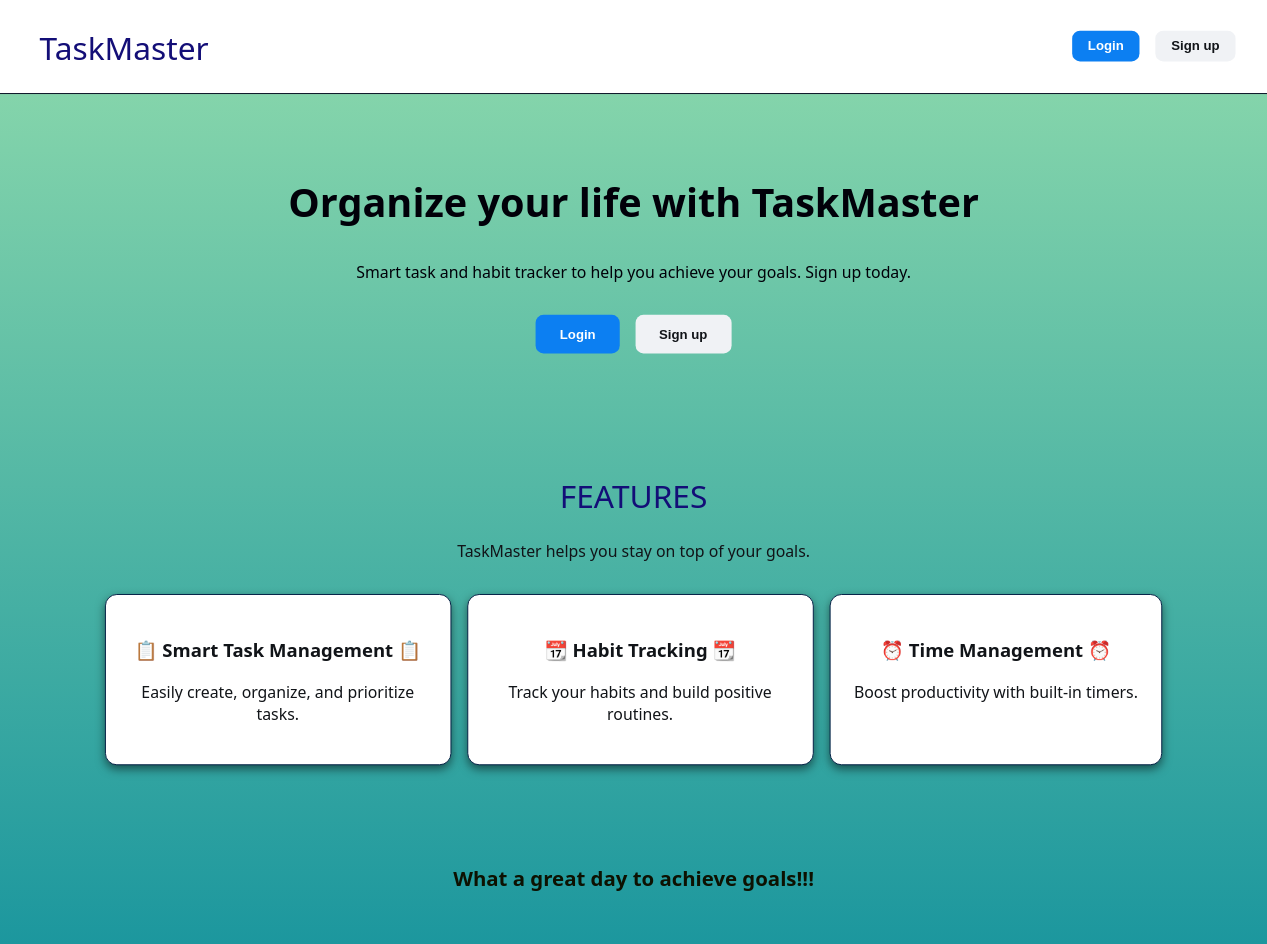
Repository: RachelB9913/smart-task-and-habit-tracker
Page: /
An editor plug-in stored every save of this project. The page is shown before and after the next save, followed by the edit.
The browser window is 1280 px wide. The pictures show the whole page, at 99% of full size.
The pointer rests on the first visible `.hero-actions button:last-child`.
The project was rebuilt for these pictures with package versions that can differ from the ones it lists, and the page was loaded fresh each time. Also part of the build but not shown: src/services/api.js, src/components/Login.js, src/components/Auth.css, src/components/Register.js, src/components/DashBoard.js.

Above is the page before, as saved 2025-06-18 18:51:46.

After the next save:
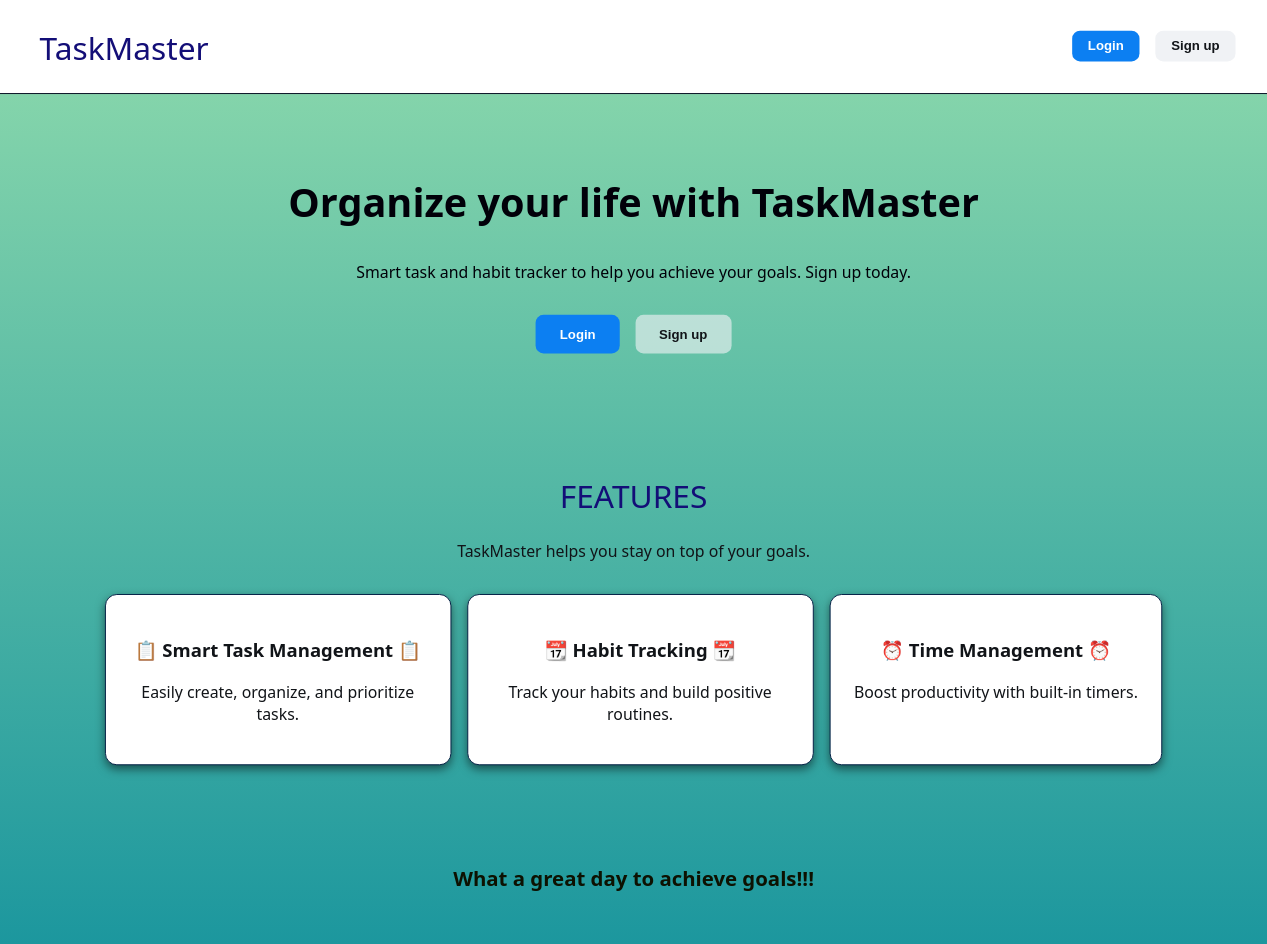
Saved 19 s later.
--- a/src/App.css
+++ b/src/App.css
@@ -157,6 +157,11 @@ h2 {
   color: #111418;
 }
 
+.hero-actions button:last-child:hover {
+  background-color: #f0f2f59e;
+  color: #111418;
+}
+
 .features {
   padding: 3rem 2rem;
   text-align: center;
